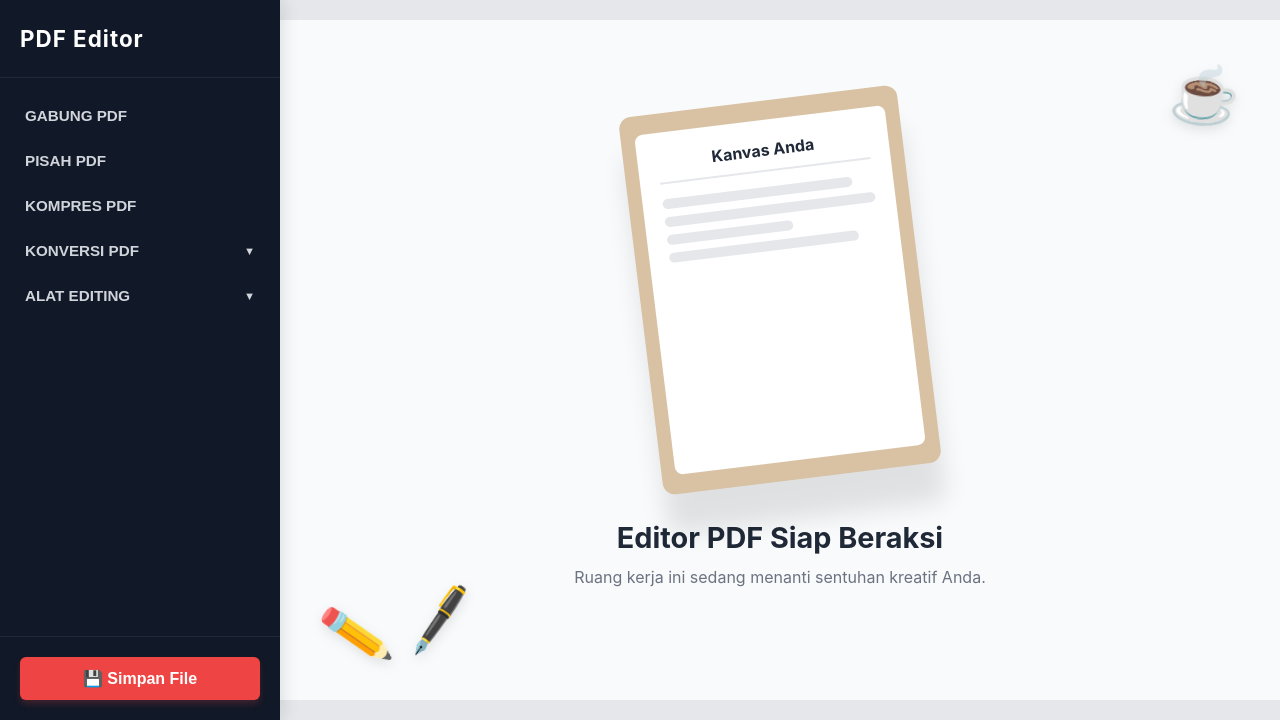
Repository: IkhsanMoekhtar/pdf_editor
Page: /
These files come from the project's save history. The page is drawn as it stood at one moment and after the next save; the edit follows.
The browser window is 1280 px wide. The pictures show the whole page.
The project was rebuilt for these pictures with package versions that can differ from the ones it lists, and the page was loaded fresh each time. Also part of the build but not shown: vite.config.js.

Above is the page before, as saved 2026-03-20 04:01:22.

After the next save:
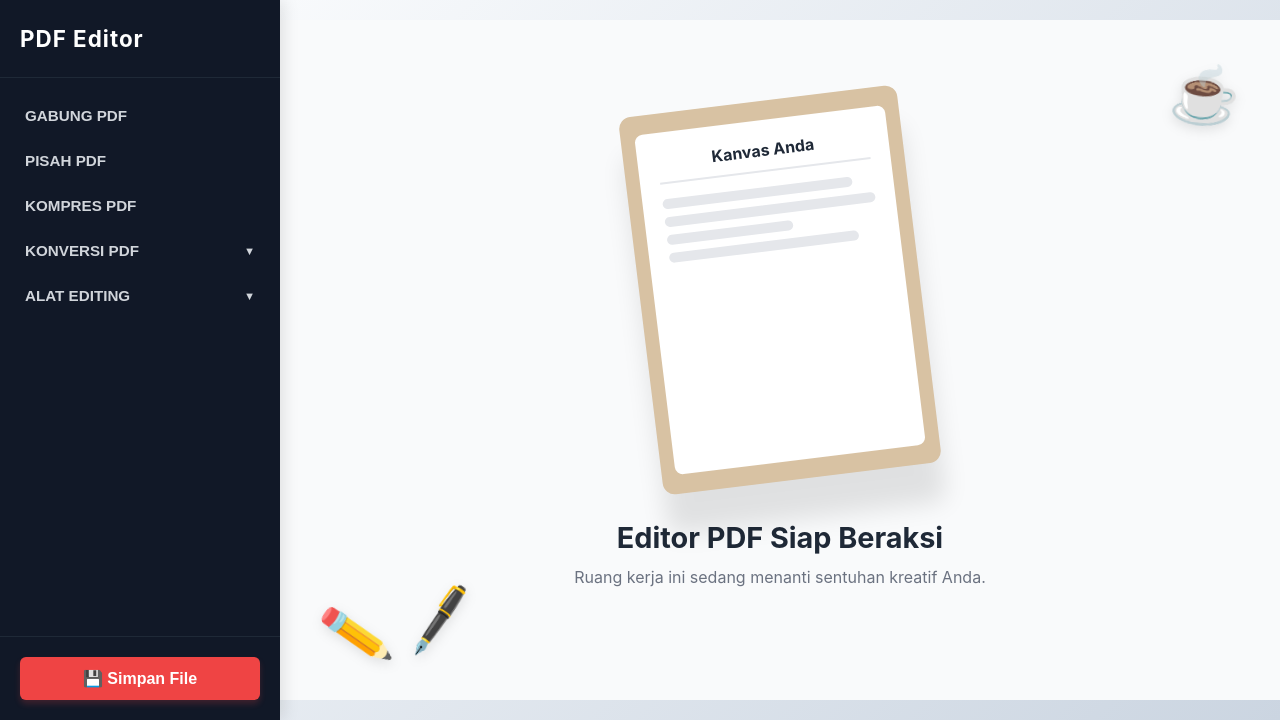
Saved 2 min 40 s later.
--- a/src/App.jsx
+++ b/src/App.jsx
@@ -264,7 +264,17 @@ function App() {
         <div
           className="viewer-container"
           ref={pdfWrapperRef}
-          style={{ width: '100%', height: '100%', display: 'flex', flexDirection: 'column', alignItems: 'center', justifyContent: 'center', overflow: 'hidden', backgroundColor: '#e5e7eb' }}
+          style={{
+            width: '100%',
+            height: '100%',
+            display: 'flex',
+            flexDirection: 'column',
+            alignItems: 'center',
+            justifyContent: 'center',
+            overflow: 'hidden',
+            // Hapus backgroundColor, ganti dengan backgroundImage
+            backgroundImage: 'linear-gradient(135deg, #f8fafc 0%, #cbd5e1 100%)'
+          }}
         >
           {pdfFile ? (
             <div className="custom-pdf-viewer" style={{ display: 'flex', flexDirection: 'column', alignItems: 'center', width: '100%', height: '100%', padding: '20px' ,position:'relative'}}>
